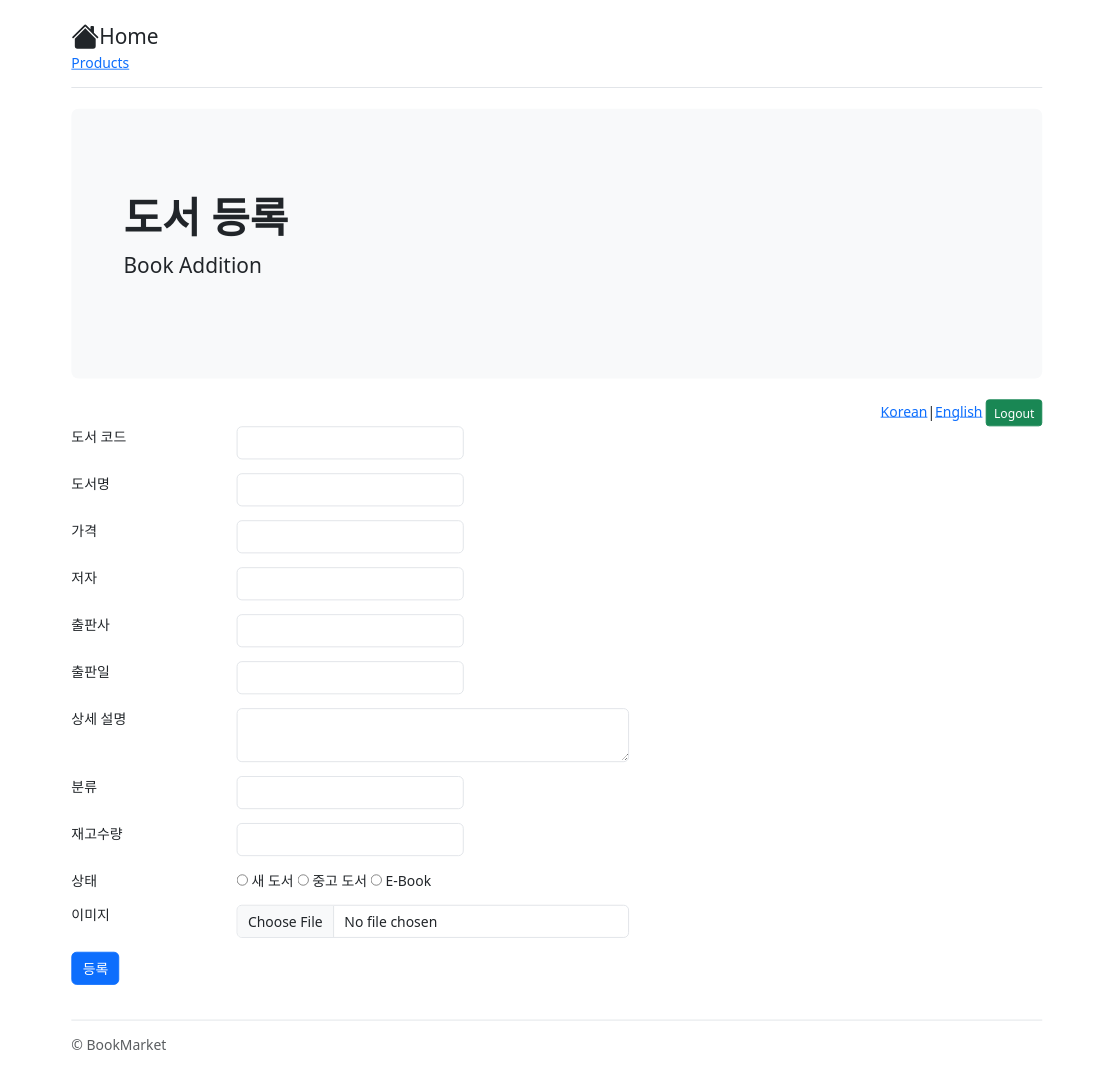
Repository: sanghyunlee7680/JSP-practice
Page: http://localhost/bookmarket/addBook?language=ko
An editor plug-in stored every save of this project. The page is shown before and after the next save, followed by the edit.
The browser window is 1280 px wide. The pictures show the whole page, at 87% of full size.
The page is served by Tomcat 10. Other server files are loaded and not shown.

Above is the page before, as saved 2024-10-14 05:47:32.

### bookmarket/src/main/webapp/addBook.jsp
<%@ page language="java" contentType="text/html; charset=UTF-8" pageEncoding="UTF-8"%>
<%@ taglib prefix="fmt" uri="http://java.sun.com/jsp/jstl/fmt" %>
<!DOCTYPE html>
<html>
<head>
<link href = "./resources/css/bootstrap.min.css" rel = "stylesheet"/>
<meta charset="UTF-8">
<title>도서 등록</title>
</head>
<body>
	<fmt:setLocale value='<%=request.getParameter("language") %>'></fmt:setLocale>
	<fmt:bundle basename="bundle.message">
	<div class="container py-4">
		<%@ include file="menu.jsp" %>

		<div class="p-5 mb-4 bg-body-tertiary rounded-3">
			<div class="container-fluid py-5">
				<h1 class="display-5 fw-bold"><fmt:message key="title"/></h1>
				<p class="col-md-8 fs-4">Book Addition</p>
			</div>
		</div>

		<div class="row align-items-md-stretch">
			<div class="text-end">
				<a href="?language=ko">Korean</a>|<a href="?language=en">English</a>
				<a href="logout.jsp" class="btn btn-sm btn-success pull right">Logout</a>
			</div>
			<form name="newBook" action="addBook" method="post" class="form-horizontal" enctype="multipart/form-data">
				<div class="mb-3 row">
					<label class="col-sm-2"><fmt:message key="bookId"/></label>
					<div class="col-sm-3">
						<input type="text" id="bookId" name="bookId" class="form-control">
					</div>
				</div>
				<div class="mb-3 row">
					<label class="col-sm-2"><fmt:message key="name"/></label>
					<div class="col-sm-3">
						<input type="text" id="name" name="name" class="form-control">
					</div>
				</div>
				<div class="mb-3 row">
					<label class="col-sm-2"><fmt:message key="unitPrice"/></label>
					<div class="col-sm-3">
						<input type="text" id="unitPrice" name="unitPrice" class="form-control">
					</div>
				</div>
				<div class="mb-3 row">
					<label class="col-sm-2"><fmt:message key="author"/></label>
					<div class="col-sm-3">
						<input type="text" name="author" class="form-control">
					</div>
				</div>
				<div class="mb-3 row">
					<label class="col-sm-2"><fmt:message key="publisher"/></label>
					<div class="col-sm-3">
						<input type="text" name="publisher" class="form-control">
					</div>
				</div>
				<div class="mb-3 row">
					<label class="col-sm-2"><fmt:message key="releaseDate"/></label>
					<div class="col-sm-3">
						<input type="text" name="releaseDate" class="form-control">
					</div>
				</div>
				<div class="mb-3 row">
					<label class="col-sm-2"><fmt:message key="description"/></label>
					<div class="col-sm-5">
						<textarea name="description" id="description" cols="50" rows="2" class="form-control" placeholder="100자 이상 적어주세요">
						</textarea>
					</div>
				</div>
				<div class="mb-3 row">
					<label class="col-sm-2"><fmt:message key="category"/></label>
					<div class="col-sm-3">
						<input type="text" name="category" class="form-control">
					</div>
				</div>
				<div class="mb-3 row">
					<label class="col-sm-2"><fmt:message key="unitsInStock"/></label>
					<div class="col-sm-3">
						<input type="text"id="unitsInStock" name="unitsInStock" class="form-control">
					</div>
				</div>
				<div class="mb-3 row">
					<label class="col-sm-2"><fmt:message key="condition"/></label>
					<div class="col-sm-5">
						<input type="radio" name="condition" value="New"> <fmt:message key="condition_New"/>
						<input type="radio" name="condition" value="Old"> <fmt:message key="condition_Old"/>
						<input type="radio" name="condition" value="EBook"> <fmt:message key="condition_Ebook"/>
					</div>
				</div>
				<div class="mb-3 row">
					<label class="col-sm-2"><fmt:message key="bookImage"/></label>
					<div class="col-sm-5">
						<input type="file" name="BookImage" class="form-control">
					</div>
				</div>
				<div class="mb-3 row">
					<div class="col-sm-offset-2 col-sm-10">
						<input type="button" class="btn btn-primary" value="<fmt:message key="button"/>" id="btn">
					</div>
				</div>
			</form>
		</div>
		<jsp:include page="footer.jsp"></jsp:include>
	</div>
	<script type="text/javascript"  src="./resources/js/validation.js"></script>
	</fmt:bundle>
</body>
</html>

### bookmarket/src/main/webapp/menu.jsp
<header class="pb-3 mb-4 border-bottom">
	<a href="./welcome.jsp" class="d-flex align-items-center text-dark text-decoration-none">
    	<svg  width="32" height="32" fill="currentColor" class="bi bi-house-fill" viewBox="0 0 16 16">
  			<path d="M8.707 1.5a1 1 0 0 0-1.414 0L.646 8.146a.5.5 0 0 0 .708.708L8 2.207l6.646 6.647a.5.5 0 0 0 .708-.708L13 5.793V2.5a.5.5 0 0 0-.5-.5h-1a.5.5 0 0 0-.5.5v1.293L8.707 1.5Z"/>
  			<path d="m8 3.293 6 6V13.5a1.5 1.5 0 0 1-1.5 1.5h-9A1.5 1.5 0 0 1 2 13.5V9.293l6-6Z"/>
		</svg>
        <span class="fs-4">Home</span>
        <a href="books.jsp">Products</a>
    </a>
</header>

### bookmarket/src/main/webapp/footer.jsp
 <footer class="pt-3 mt-4 text-body-secondary border-top">
      &copy; BookMarket
 </footer>

### bookmarket/src/main/java/dto/processaddBook.java
package dto;

import java.io.IOException;

import dao.BookRepository;

import com.oreilly.servlet.*;
import com.oreilly.servlet.multipart.*;

import jakarta.servlet.RequestDispatcher;
import jakarta.servlet.ServletException;
import jakarta.servlet.annotation.WebServlet;
import jakarta.servlet.http.HttpServlet;
import jakarta.servlet.http.HttpServletRequest;
import jakarta.servlet.http.HttpServletResponse;


@WebServlet("/addBook")
public class processaddBook extends HttpServlet
{

	@Override
	protected void doGet(HttpServletRequest req, HttpServletResponse resp) throws ServletException, IOException {
		RequestDispatcher rd = req.getRequestDispatcher("./addBook.jsp");
		rd.forward(req, resp);
	}

	@Override
	protected void doPost(HttpServletRequest request, HttpServletResponse response) throws ServletException, IOException {
		request.setCharacterEncoding("UTF-8");

		String filename="";
		String realFolder = request.getServletContext().getRealPath("./resources/images");
		System.out.println(realFolder);
		int maxSize=5*1024*1024; // 최대 업로드될 파일 크기 5MB
		String encType="utf-8"; // 인코딩 유형

		MultipartRequest multi = new MultipartRequest(request, realFolder, maxSize, encType, new DefaultFileRenamePolicy());

		//텍스트 파트
		String bookId = multi.getParameter("bookId");
		String name = multi.getParameter("name");
		String unitPrice = multi.getParameter("unitPrice");
		String author = multi.getParameter("author");
		String publisher = multi.getParameter("publisher");
		String releaseDate = multi.getParameter("releaseDate");
		String description = multi.getParameter("description");
		String category = multi.getParameter("category");
		String unitsInStock = multi.getParameter("unitsInStock");
		String condition = multi.getParameter("condition");

		//이미지 이름을 가져옴 이미지 파트
		String fileName = multi.getFilesystemName("BookImage");

		//유효성 검사
		Integer price;

		if(unitPrice.isEmpty())
		{
			price=0;
		}
		else
		{
			price=Integer.valueOf(unitPrice);  // 문자-> 숫자
		}

		long stock;

		if(unitsInStock.isEmpty())
		{
			stock=0;
		}
		else
		{
			stock=Long.valueOf(unitsInStock); // 문자-> 숫자
		}

		BookRepository dao = BookRepository.getInstance();


		//묶음 처리 Book 객체에 넣음,  전처리 이후에는 묶음이 나옴
		//위의 데이터를 하나의 객체로 묶음처리 , 모델
		Book newBook = new Book();
		newBook.setBookId(bookId);
		newBook.setName(name);
		newBook.setUnitPrice(price);
		newBook.setAuthor(author);
		newBook.setPublisher(publisher);
		newBook.setReleaseDate(releaseDate);
		newBook.setDescription(description);
		newBook.setCategory(category);
		newBook.setUnitsInStock(stock);
		newBook.setCondition(condition);
		newBook.setFilename(fileName);

		dao.addBook(newBook);

		response.sendRedirect("books.jsp");
	}

}

### bookmarket/src/main/webapp/resources/js/validation.js
let btn = document.getElementById("btn");
btn.addEventListener("click",CheckAddBook);

console.log(btn);

function CheckAddBook()
{
	let bookId = document.getElementById("bookId");
	let name = document.getElementById("name");
	let unitPrice = document.getElementById("unitPrice");
	let unitsInStock = document.getElementById("unitsInStock");
	let description = document.getElementById("description");

	console.log(bookId);
	console.log(name);
	console.log(unitPrice);
	console.log(unitsInStock);
	console.log(description);

	//도서아이디 체크
	if (!check(/^ISBN[0-9]{4,11}$/, bookId, "[도서 코드]\nISBN과 숫자를 조합하여 5~12자까지 입력하세요\n첫 글자는 반드시 ISBN로 시작하세요"))
		return false;

	//도서명 체크
	if (name.value.length<4 || name.value.length>50)
	{
		alert("[도서명]\n최소 4자에서 최대 50자까지 입력하세요.");
		name.focus();
		return false;
	}

	//도서 가격체크
	if (unitPrice.value.length==0 || isNaN(unitPrice.value))
	{
		alert("[가격]\n숫자만 입력하세요.");
		unitPrice.focus();
		return false;
	}

	if (unitPrice.value < 0)
	{
		alert("[가격]\n음수를 입력할 수 없습니다.");
		unitPrice.focus();
		return false;
	}

	//재고 수 체크
	if (isNaN(unitsInStock.value))
	{
		alert("[재고수]\n숫자만 입력하세요");
		unitsInStock.focus();
		return false;
	}

	if(description.value.length < 100)
	{
		alert("[상세설명]\n최소 100자 이상 입력하세요.")
		description.focus();
		return false;
	}

	function check(regExp, e, msg)
	{
		if (regExp.test(e.value))
		{
			return true;
		}
		alert(msg);
		e.focus();
		return false;
	}

	document.newBook.submit();
}

Loaded but not shown: bookmarket/src/main/webapp/resources/css/bootstrap.min.css (library)

After the next save:
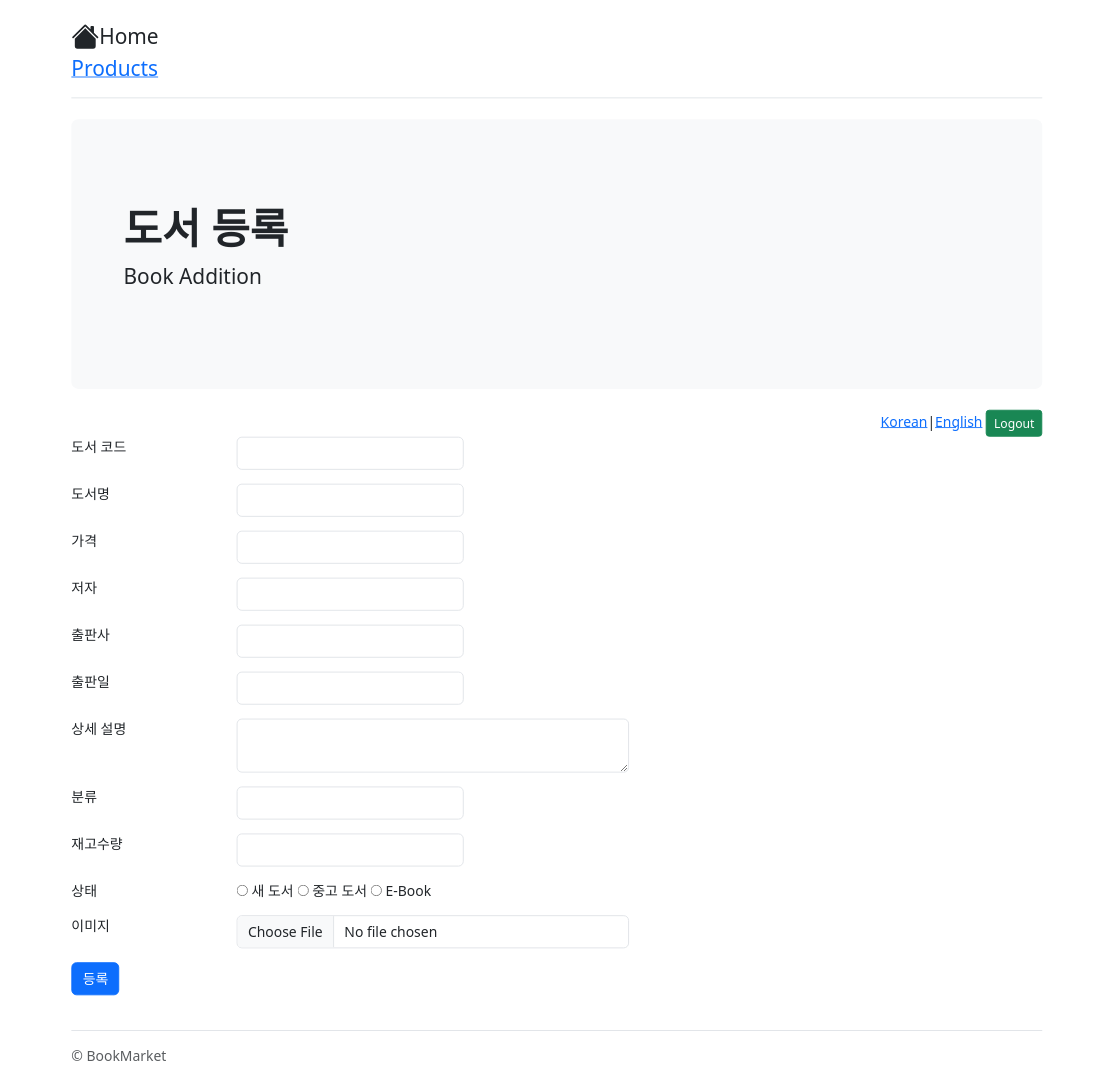
Saved 105 s later.
--- a/bookmarket/src/main/webapp/menu.jsp
+++ b/bookmarket/src/main/webapp/menu.jsp
@@ -5,6 +5,6 @@
   			<path d="m8 3.293 6 6V13.5a1.5 1.5 0 0 1-1.5 1.5h-9A1.5 1.5 0 0 1 2 13.5V9.293l6-6Z"/>
 		</svg>
         <span class="fs-4">Home</span>
-        <a href="books.jsp">Products</a>
+        <a href="books.jsp"><span class="fs-4">Products</span></a>
     </a>
 </header>
